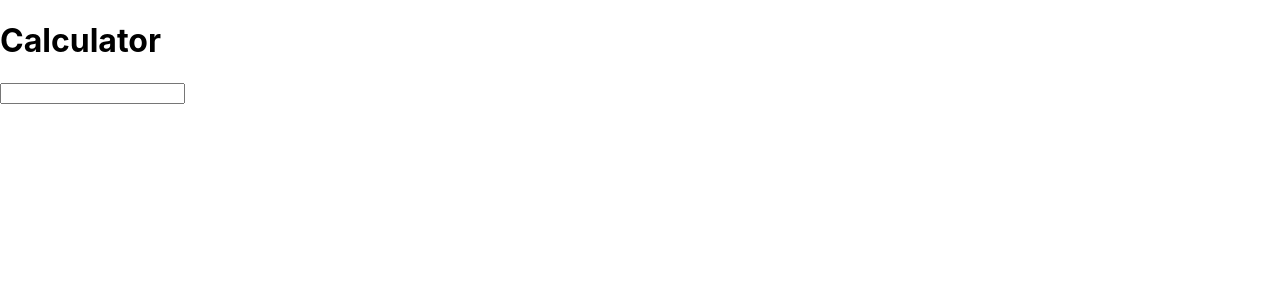
Repository: thesaherriaz/Calculator-React
Page: /
These files come from the project's save history. The page is drawn as it stood at one moment and after a run of saves; the edit follows.
The browser window is 1280 px wide. The pictures show the whole page.
The project was rebuilt for these pictures with package versions that can differ from the ones it lists, and the page was loaded fresh each time.

Above is the page before, as saved 2025-06-18 14:10:21.

### src/App.js
import React from 'react'
import Calculator from './compnents/Calculator'

function App() {
  return (
    <Calculator />
  )
}

export default App

### src/compnents/Calculator.jsx
import React from 'react'

function Calculator() {
  return (
    <>
        <div className="Calculator">
            <h1>Calculator</h1>
            <input type="text" name="input" id="input" />

        </div>
    </>
  )
}

export default Calculator

Loaded but not shown: public/index.html (common file); src/index.js (common file); src/index.css (common file); src/reportWebVitals.js (common file)

After the next 2 saves:
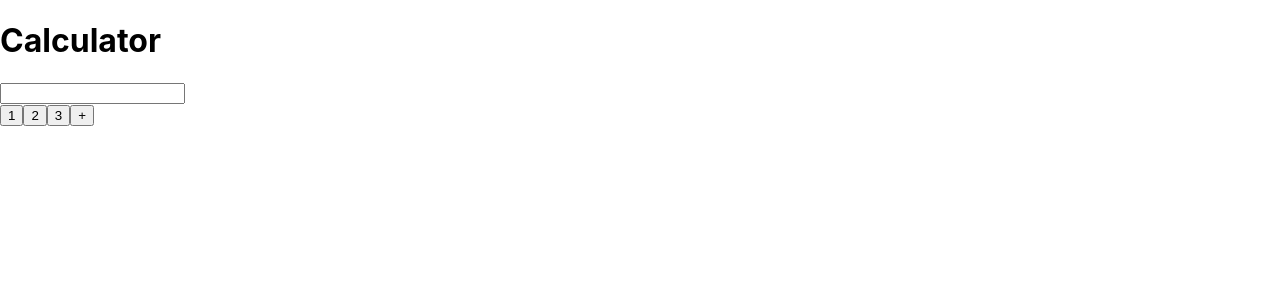
The 2 saves are shown as one change because they came seconds apart.
The last was saved 9 s later.
--- a/src/compnents/Calculator.jsx
+++ b/src/compnents/Calculator.jsx
@@ -6,7 +6,12 @@ function Calculator() {
         <div className="Calculator">
             <h1>Calculator</h1>
             <input type="text" name="input" id="input" />
-
+            <div>
+                <button>1</button>
+                <button>2</button>
+                <button>3</button>
+                <button>+</button>
+            </div>
         </div>
     </>
   )
